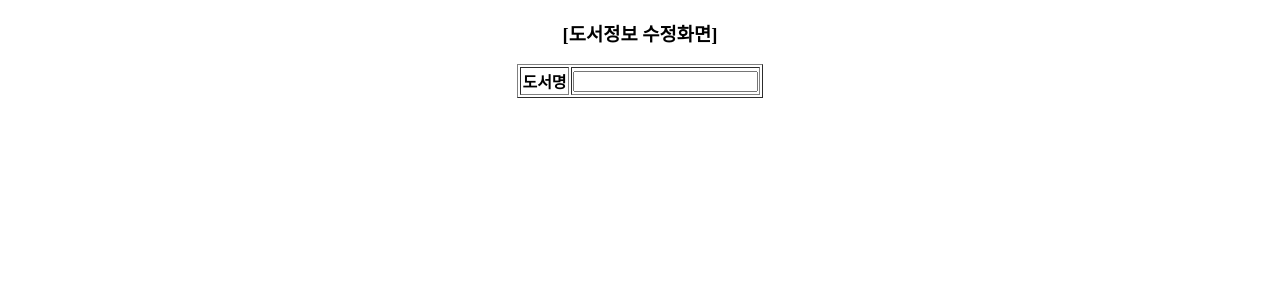
Repository: youngmoon525/Jsp_Servlet
Page: http://localhost/05.TestJSP/detail.jsp
An editor plug-in stored every save of this project. The page is shown before and after the next save, followed by the edit.
The browser window is 1280 px wide. The pictures show the whole page.
The page is served by Tomcat 9. Queries for data that is not in the repository find no rows.

Above is the page before, as saved 2021-09-13 03:36:38.

After the next save:
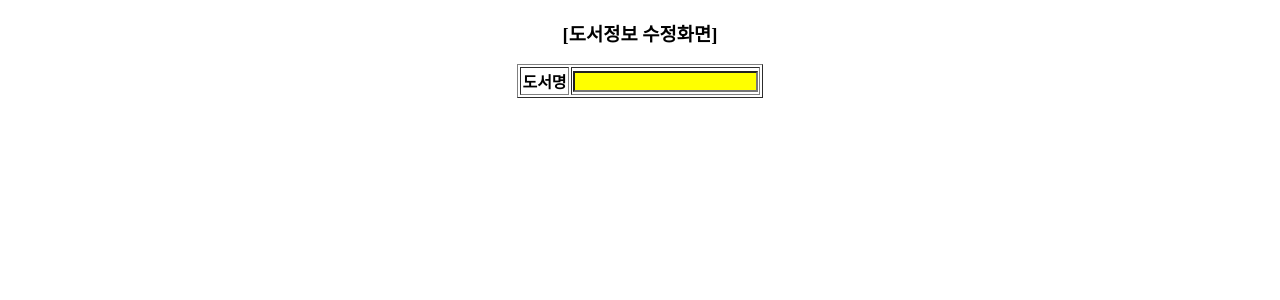
Saved 47 s later.
--- a/workspace/05.TestJSP/WebContent/detail.jsp
+++ b/workspace/05.TestJSP/WebContent/detail.jsp
@@ -12,6 +12,11 @@ pageContext.setAttribute("dto", dto);
 <head>
 <meta charset="UTF-8">
 <title>Detail JSP</title>
+<style type="text/css">
+.in{
+	background-color: yellow;
+}
+</style>
 </head>
 <body>
 <div align="center">
@@ -20,7 +25,7 @@ pageContext.setAttribute("dto", dto);
 <table border="1">
 	<tr>
 		<th>도서명</th>
-		<td><input type="text" name="title" value="${dto.title }"/></td>
+		<td><input type="text" name="title" value="${dto.title }" class="in"/></td>
 	</tr>
 </table>
 </form>
